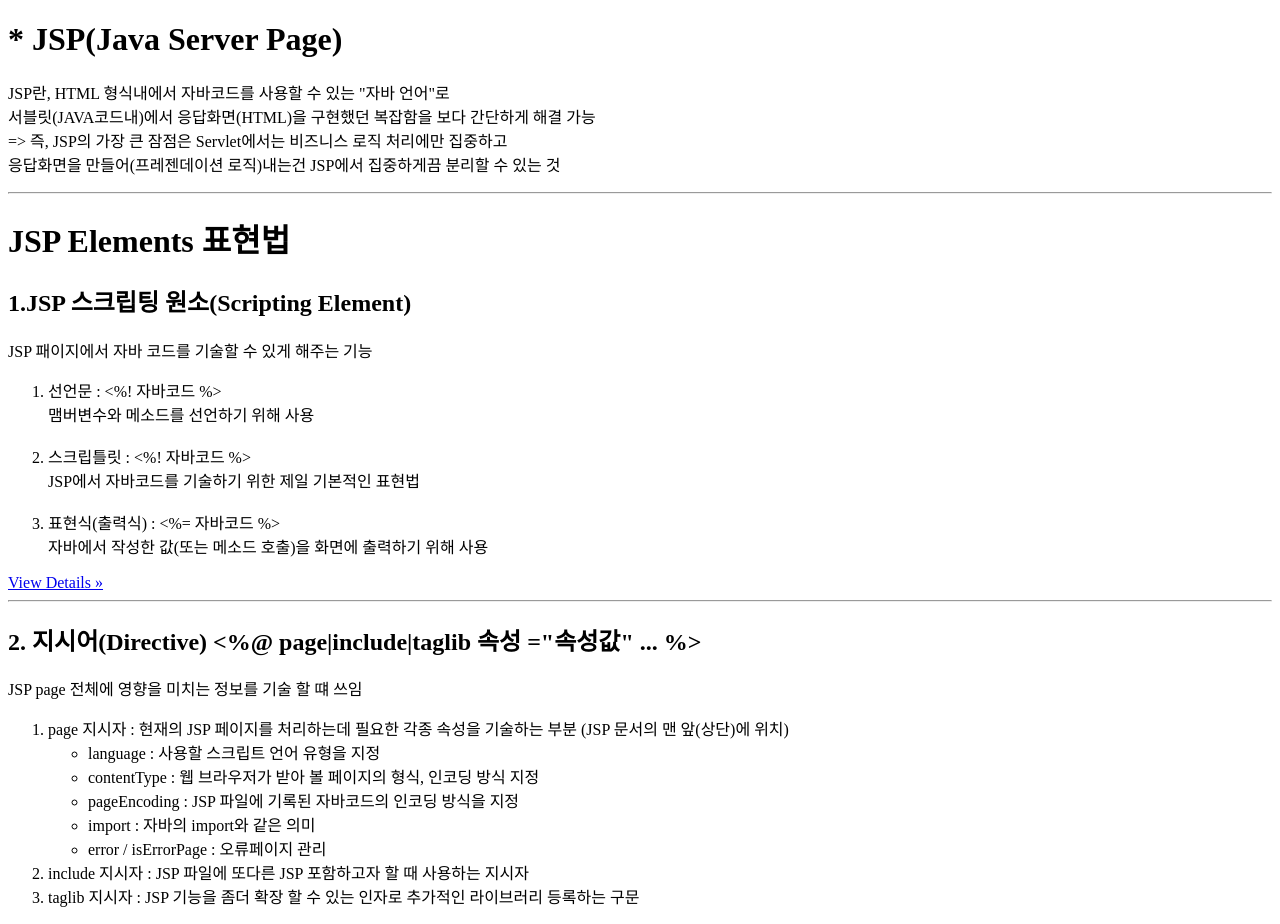
Repository: BrianH29/BH_webserver_workspace1
Page: webserver_workspace1/2_JSP/WebContent/index.html
The author's editor kept a copy of each file at every save. The page is drawn from the files as they stood at one save, then again after the next save.
The browser window is 1280 px wide. The pictures show the whole page.

Above is the page before, as saved 2020-08-31 02:14:58.

After the next save:
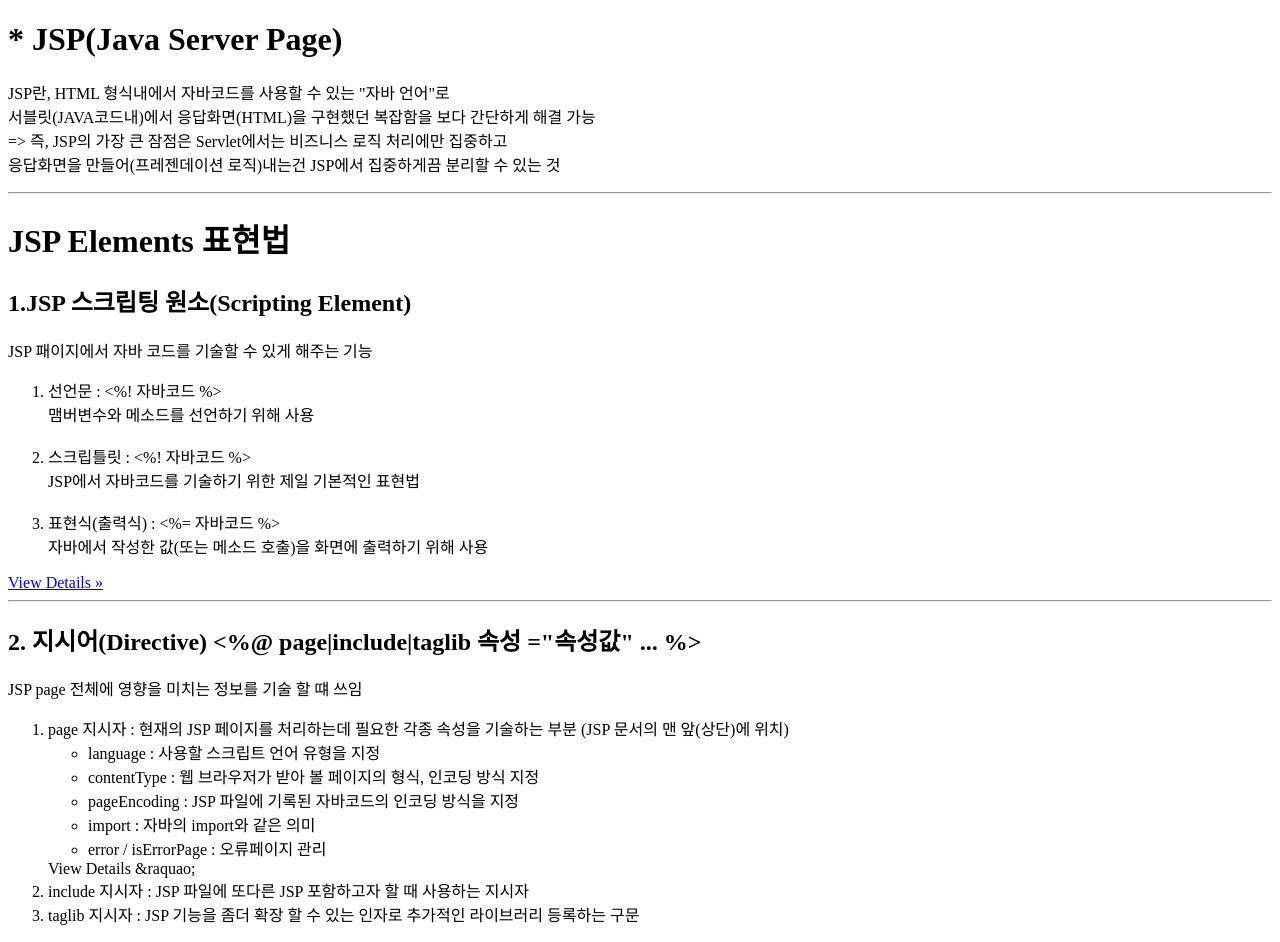
Saved 50 s later.
--- a/webserver_workspace1/2_JSP/WebContent/index.html
+++ b/webserver_workspace1/2_JSP/WebContent/index.html
@@ -56,6 +56,7 @@
 				<li>import : 자바의 import와 같은 의미</li>
 				<li>error / isErrorPage : 오류페이지 관리</li>
 			</ul>
+			<a>View Details &raquao;</a>
 		</li>
 		<li>
 			include 지시자 : JSP 파일에 또다른 JSP 포함하고자 할 때 사용하는 지시자<br>
